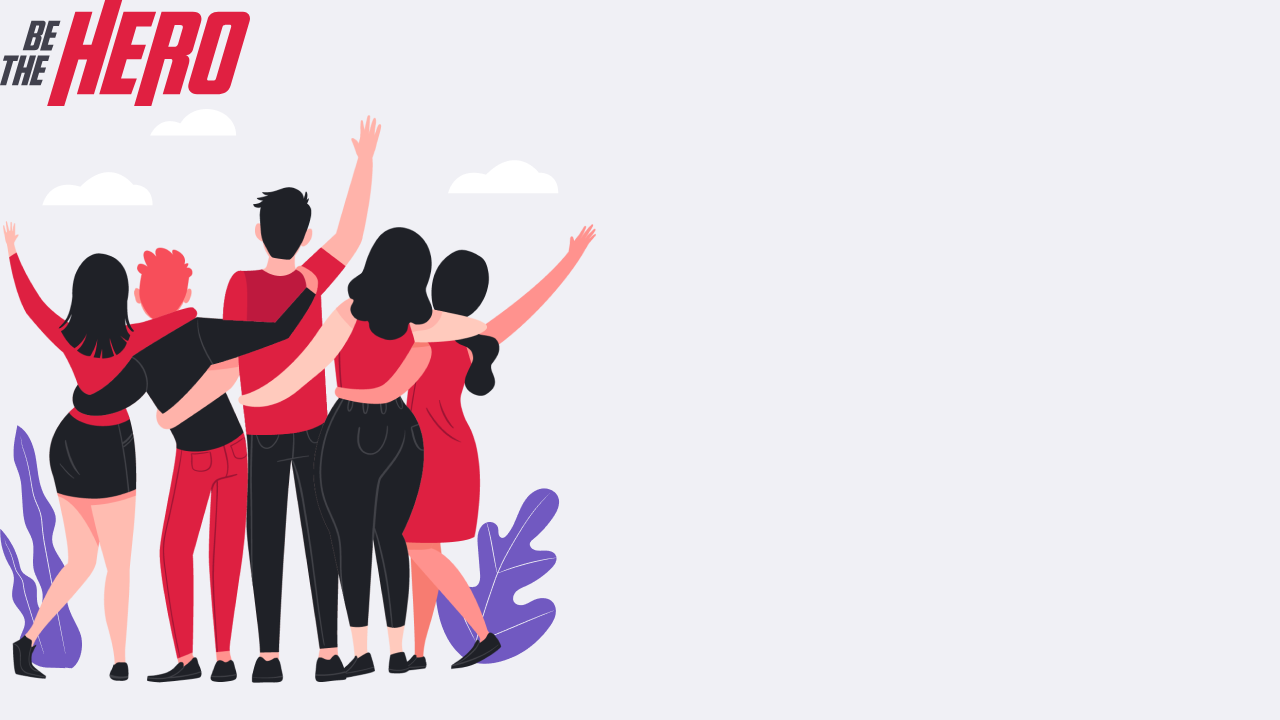
Repository: leandrohv/omnistack11-be-the-hero
Page: / (app in frontend/)
An editor plug-in stored every save of this project. The page is shown before and after a run of saves, followed by the edit.
The browser window is 1280 px wide. The pictures show the whole page.
The project was rebuilt for these pictures with package versions that can differ from the ones it lists, and the page was loaded fresh each time.

Above is the page before, as saved 2020-03-25 23:57:56.

After the next 2 saves:
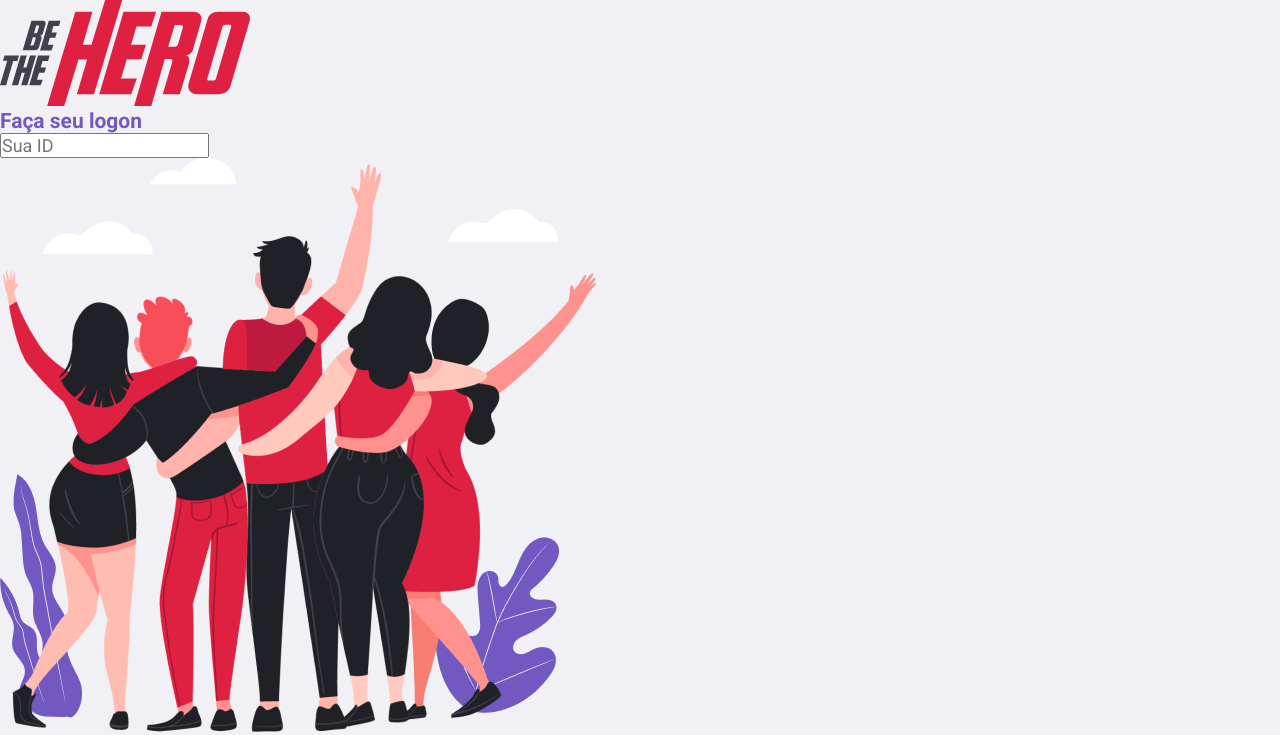
The 2 saves are shown as one change because they came seconds apart.
The last was saved 63 s later.
--- a/frontend/src/pages/Logon/index.js
+++ b/frontend/src/pages/Logon/index.js
@@ -10,6 +10,12 @@ export default function Logon() {
         <div className="logon-container">
             <section className="form">
                 <img src={logoImg} alt="Be The Hero" />
+
+                <form>
+                    <h1>Faça seu logon</h1>
+
+                    <input placeholder="Sua ID" />
+                </form>
             </section>
             <img src={heroesImg} alt="Heroes" />
         </div>
